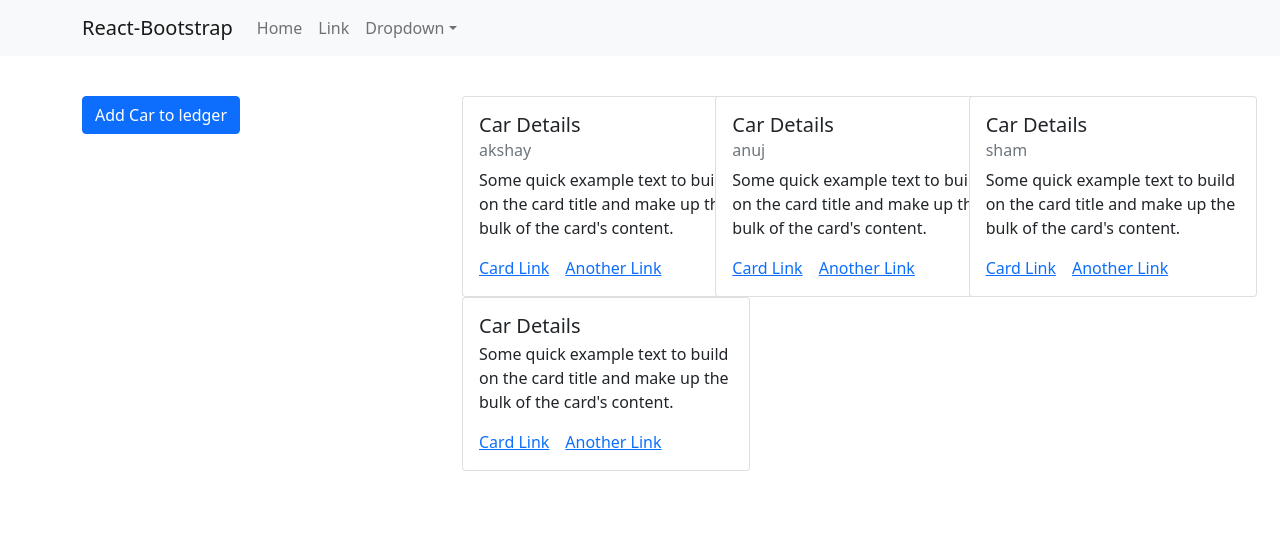
Repository: akshaykurhekar/hyperledger-asset-monetization-dapp
Page: / (app in fabcarWeb/new-ui/)
An editor plug-in stored every save of this project. The page is shown before and after the next save, followed by the edit.
The browser window is 1280 px wide. The pictures show the whole page.
The project was rebuilt for these pictures with package versions that can differ from the ones it lists, and the page was loaded fresh each time.

Above is the page before, as saved 2022-03-30 17:59:12.

After the next save:
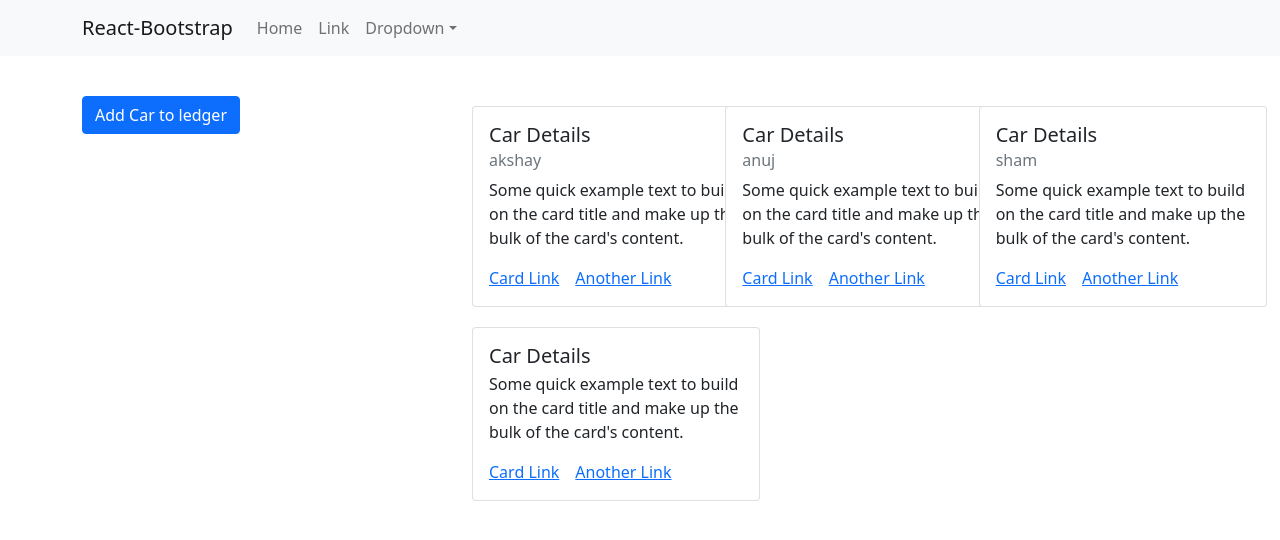
Saved 7 s later.
--- a/fabcarWeb/new-ui/src/components/card.js
+++ b/fabcarWeb/new-ui/src/components/card.js
@@ -3,7 +3,7 @@
 
 const Cards = (props)=>{
     return (
-        <Card style={{ width: '18rem',margin:'' }}>
+        <Card style={{ width: '18rem',margin:'10px' }}>
             <Card.Body>
                 <Card.Title>Car Details</Card.Title>
                 <Card.Subtitle className="mb-2 text-muted">{props.name}</Card.Subtitle>
